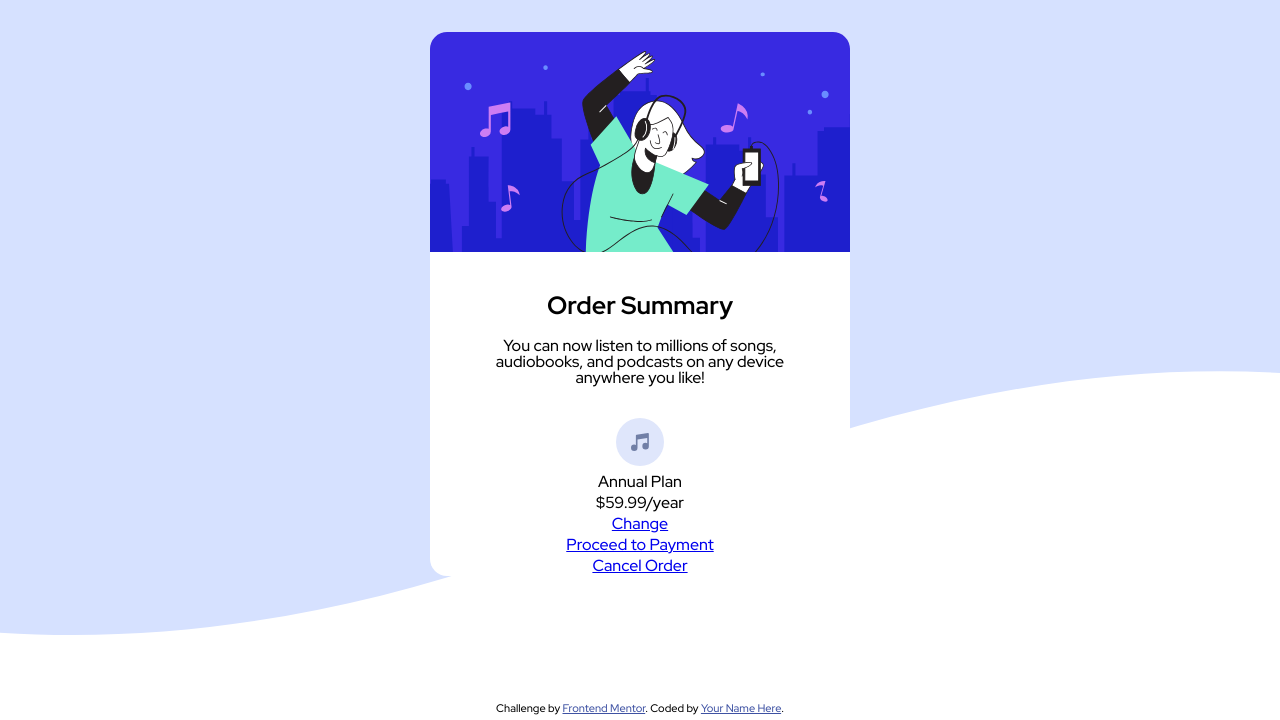
Repository: DejV44/order-summary-frontend
Page: index.html
An editor plug-in stored every save of this project. The page is shown before and after the next save, followed by the edit.
The browser window is 1280 px wide. The pictures show the whole page.
The style sheet was rebuilt from its Sass, Less or Tailwind sources for each picture, by a compiler version that may differ from the author's.

Above is the page before, as saved 2021-08-12 21:08:36.

### index.html
<!DOCTYPE html>
<html lang="en">
<head>
  <meta charset="UTF-8">
  <meta name="viewport" content="width=device-width, initial-scale=1.0">
  <link rel="stylesheet" href="css/style.css">

  <link rel="icon" type="image/png" sizes="32x32" href="./images/favicon-32x32.png">

  <title>Frontend Mentor | Order summary card</title>

</head>
<body>
  <div class="container">
    <div class="backgr">
      <img src="/images/illustration-hero.svg" alt="hero">
    </div>
    <div class="content">
      <h1>Order Summary</h1>
      <p>You can now listen to millions of songs, audiobooks, and podcasts on any
      device anywhere you like!</p>
    </div>
    <div class="price_container">
      <div class="annual">
        <img src="/images/icon-music.svg" alt="music">
        <p>Annual Plan</p>
        <p>$59.99/year</p>
      </div>
      <a href="#">Change</a>
    </div>
    <div class="button">
      <a href="#">Proceed to Payment</a>
    </div>
    <div class="cancel_button">
      <a href="#">Cancel Order</a>
    </div>

  </div>

  <div class="attribution">
    Challenge by <a href="https://www.frontendmentor.io?ref=challenge" target="_blank">Frontend Mentor</a>.
    Coded by <a href="#">Your Name Here</a>.
  </div>
</body>
</html>

### css/style.scss
* {
    margin: 0;
    padding: 0;
}
@import url('https://fonts.googleapis.com/css2?family=Red+Hat+Display:wght@500;700;900&display=swap');
@import "variables";
@import "mixins";

body {
    @include body;
    @include fonts;
}

.container {
    @include container;
    @include border;

}
.attribution {
    @include attribution;
}

.content {
    @include content;
}

### css/_variables.scss
// ---COLORS--

$Paleblue: hsl(225, 100%, 94%);
$Brightblue: hsl(245, 75%, 52%);
$VeryPaleBlue: hsl(225, 100%, 98%);
$Desaturatedblue: hsl(224, 41%, 36%);
$DarkBlue: hsl(223, 47%, 23%);

### css/_mixins.scss
@mixin fonts {
    font-family: 'Red Hat Display', sans-serif;
}

@mixin backgroundMob {
    background: url(/images/pattern-background-mobile.svg);
    background-repeat: no-repeat;
    background-size: cover;
    background-position: center;
}

@mixin container {
    max-width: 420px;
    margin: 0 auto;
    text-align: center;

    overflow: hidden;
    @include fonts;
    background: white;
}

@mixin border {
    border-radius: 17px;

}

@mixin attribution {
    position: fixed;
    bottom: 5px;
    font-size: 11px; text-align: center;
    a {
        color: hsl(228, 45%, 44%);
    }
}

@mixin body {
    @include backgroundMob;
    display: flex;
    justify-content: center;
    align-items: center;
    margin: 2rem auto;
}

@mixin content {
    padding: 2rem;

    h1 {
        font-size: 25px;
        padding-bottom: 1rem;
    }

    p {
        line-height: 1rem;
    }
}

After the next save:
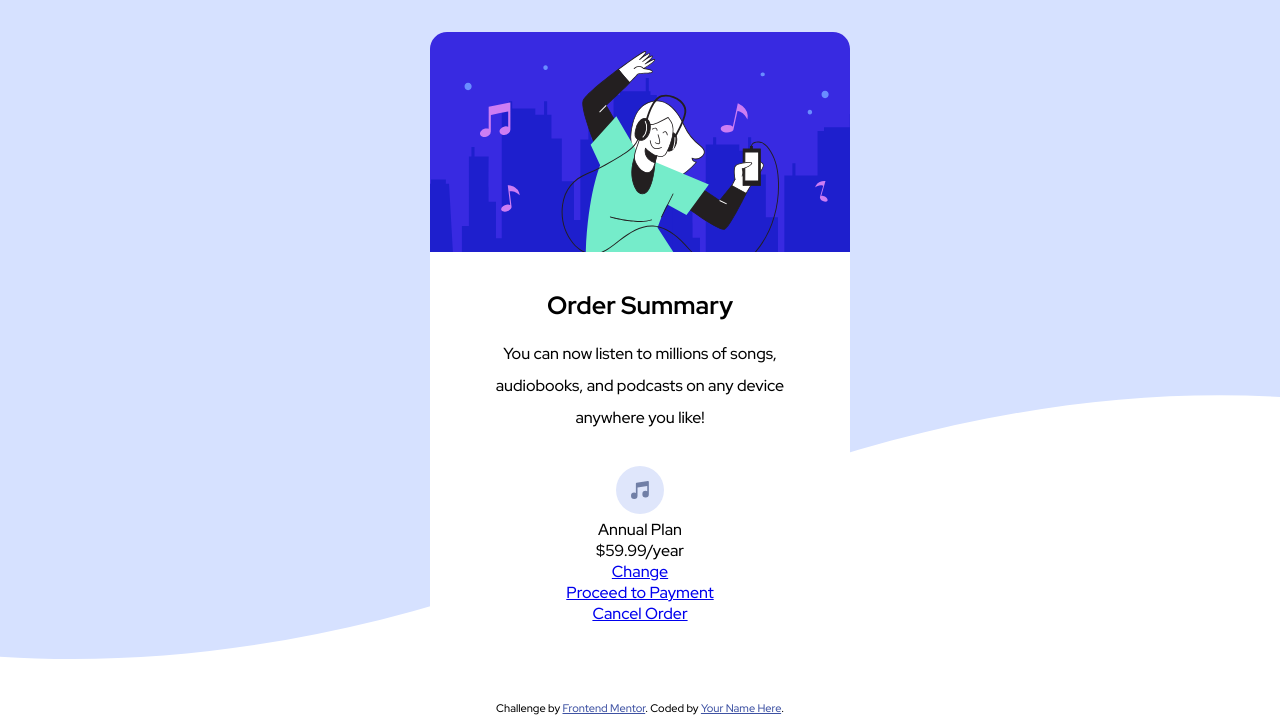
Saved 5 s later.
--- a/css/_mixins.scss
+++ b/css/_mixins.scss
@@ -50,6 +50,6 @@
     }
 
     p {
-        line-height: 1rem;
+        line-height: 2rem;
     }
 }
